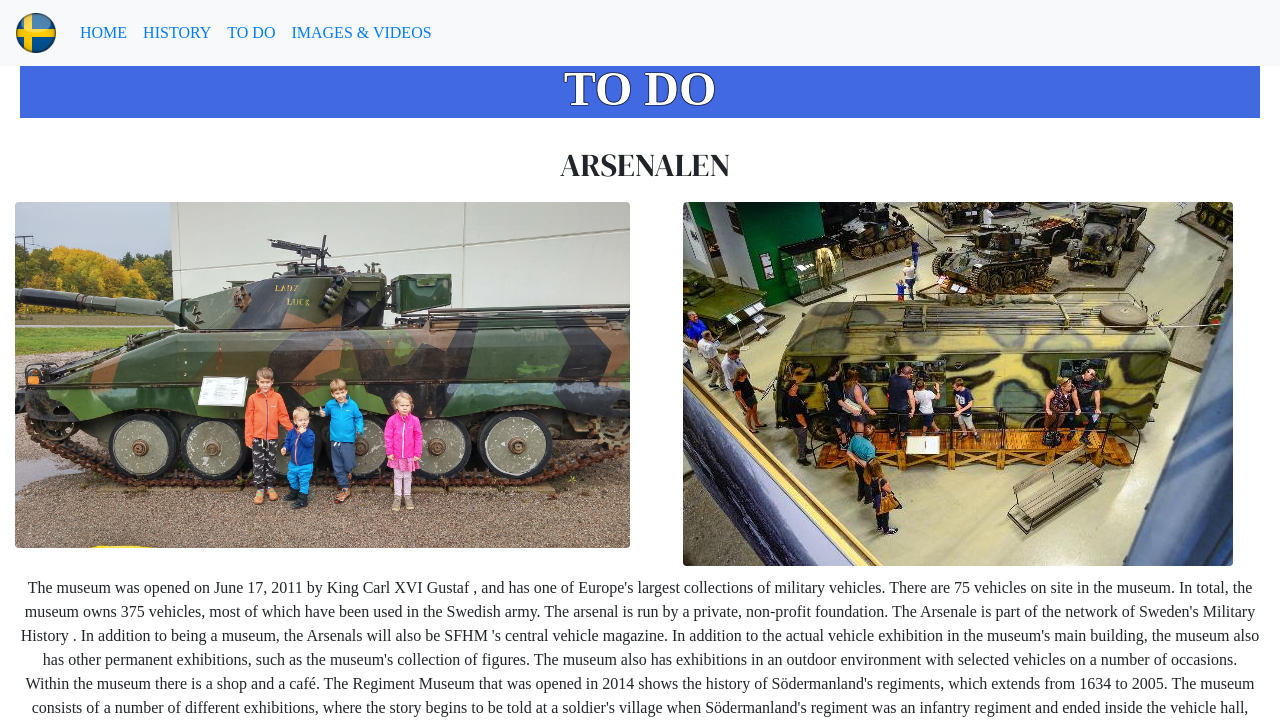
Repository: kososwede/first-project
Page: places.html
The author's editor kept a record of every edit. The page is drawn from the files as they stood at one moment, then again after the next edit.
The browser window is 1280 px wide. The pictures show the whole page.
An inner scrolling area shows only its first screen. Some web fonts or font styles are not loaded; a fallback is used.

Above is the page before.

After the next edit:
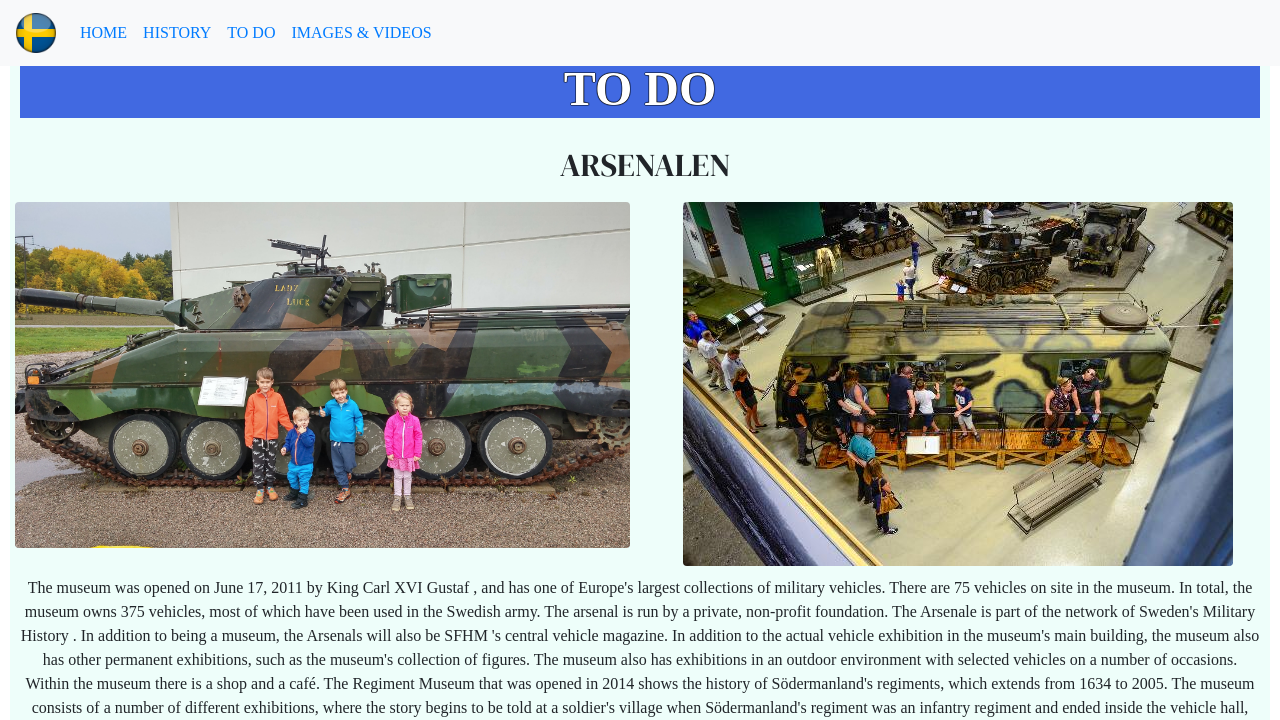
The edit:
--- a/assets/css/style.css
+++ b/assets/css/style.css
@@ -80,6 +80,7 @@
     margin-right: 10px;
     display: inline-block;
     text-align: center;
+    background-color: #EEFEFA;
 }
 
 .img.fluid {
